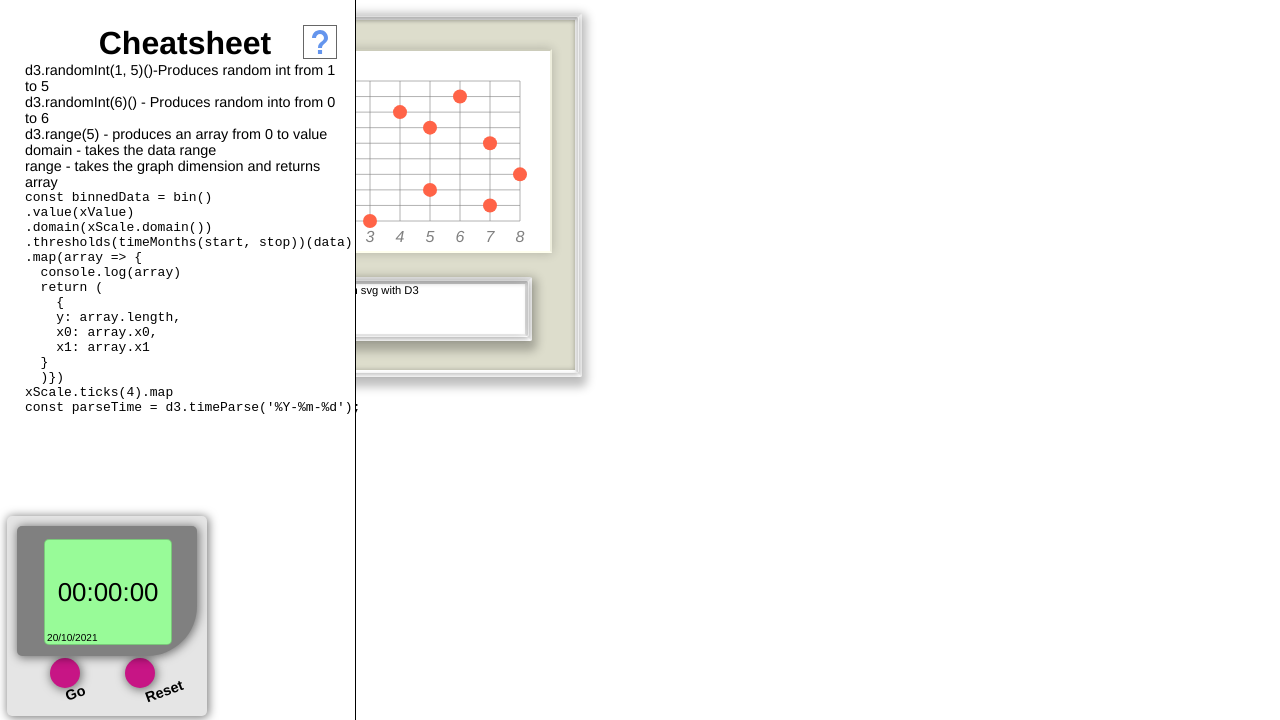
Repository: Lewisjohnward/100-days-of-d3
Page: /
The author's editor kept a copy of each file at every save. The page is drawn from the files as they stood at one save, then again after the next save.
The browser window is 1280 px wide. The pictures show the whole page.
The page's requests for data from a server got no answer. An inner scrolling area shows only its first screen. The project was rebuilt for these pictures with package versions that can differ from the ones it lists, and the page was loaded fresh each time. No one was signed in, and anything a server would have sent is missing. Also part of the build but not shown: src/charts/chart2/useGetData.js, src/charts/chart2/styles.js, src/charts/chart2/Chart.js, src/charts/chart3/useGetData.js, src/charts/chart3/styles.js, src/charts/chart3/Chart.js, src/charts/chart4/useGetData.js, src/charts/chart4/styles.js and 4 more.

Above is the page before, as saved 2021-10-20 15:35:50.

After the next save:
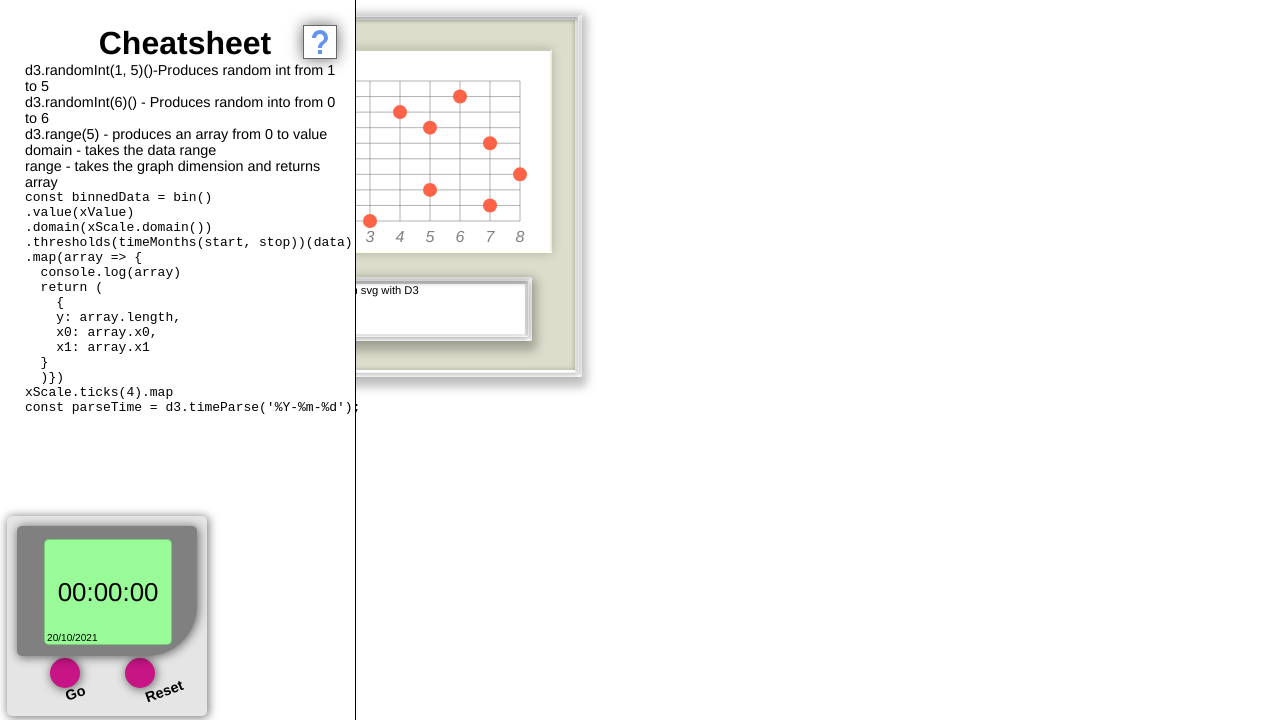
Saved 19 s later.
--- a/src/components/Navbar.js
+++ b/src/components/Navbar.js
@@ -29,6 +29,7 @@
     color: cornflowerblue;
     cursor: pointer;
     border: 1px solid rgba(0, 0, 0, 0.6);
+    box-shadow: 0px 0px 15px 0px rgba(0, 0, 0, 0.6);
 `;
 
 const code = `const binnedData = bin()

After the save that followed:
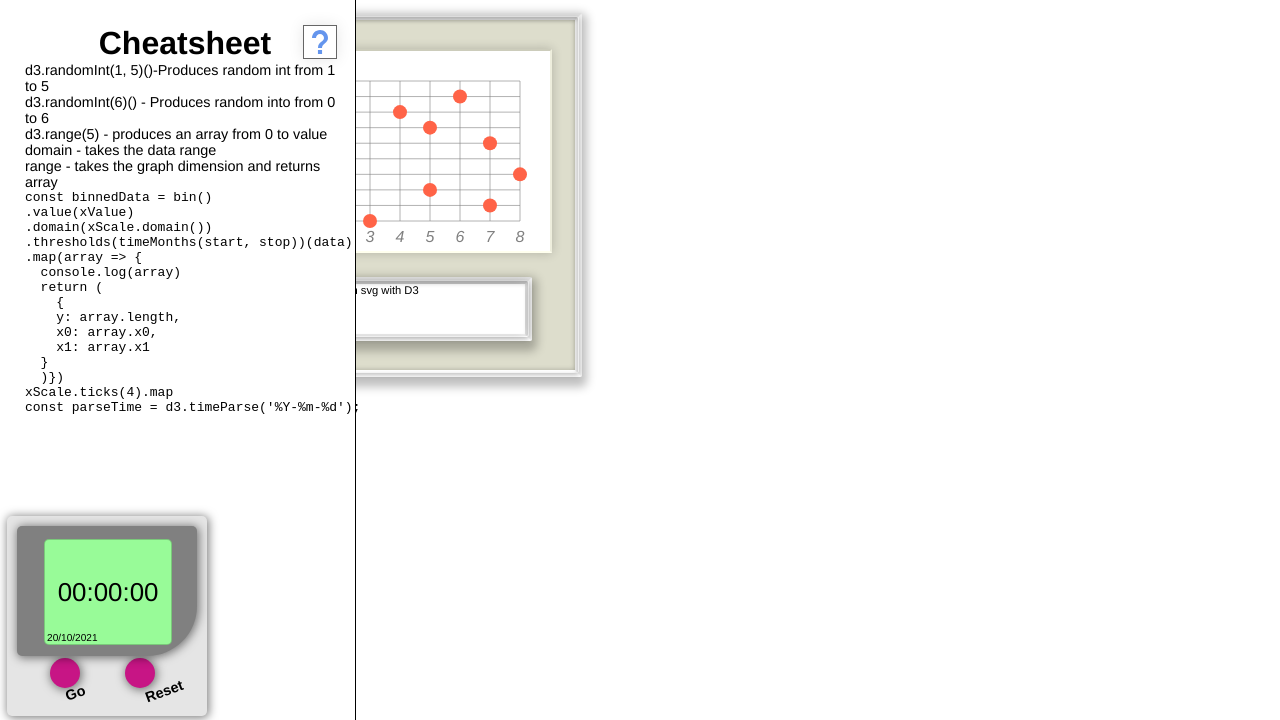
Saved 4 s later.
--- a/src/components/Navbar.js
+++ b/src/components/Navbar.js
@@ -29,7 +29,7 @@
     color: cornflowerblue;
     cursor: pointer;
     border: 1px solid rgba(0, 0, 0, 0.6);
-    box-shadow: 0px 0px 15px 0px rgba(0, 0, 0, 0.6);
+    box-shadow: 0px 0px 15px 0px rgba(0, 0, 0, 0.1);
 `;
 
 const code = `const binnedData = bin()
